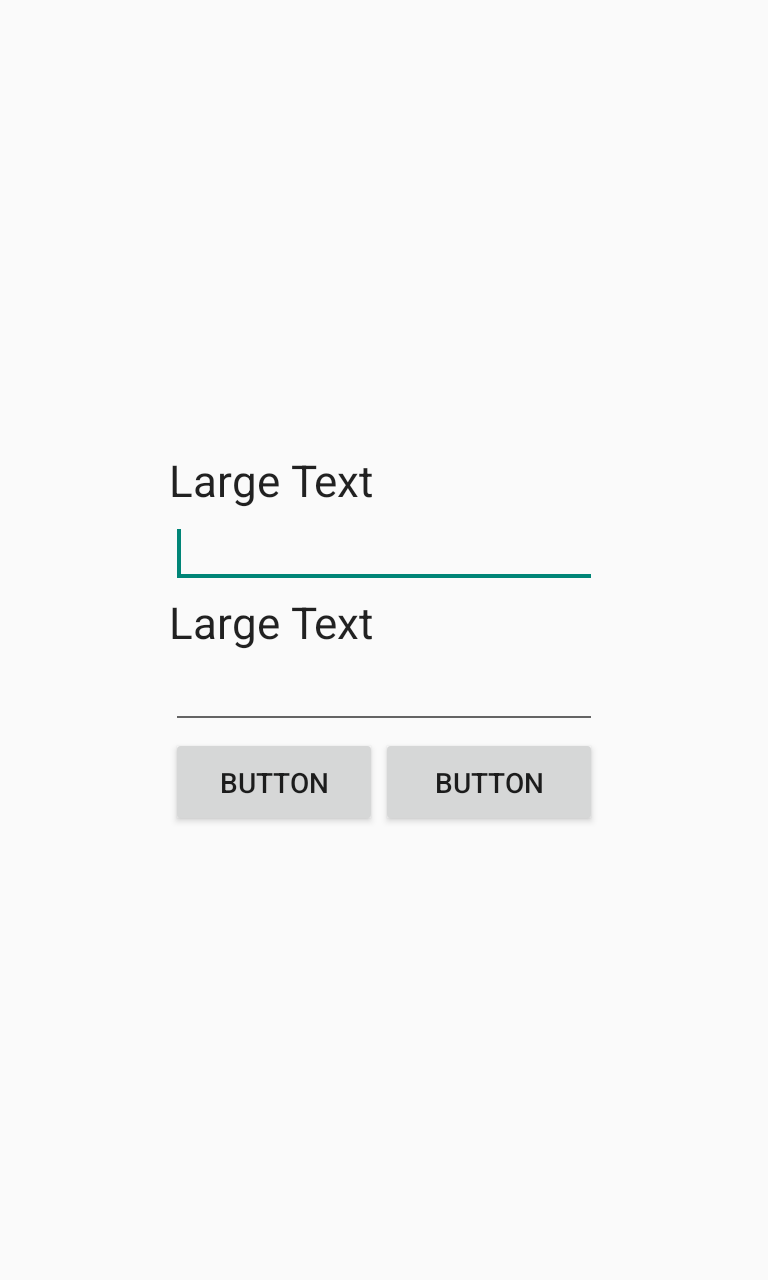
Repository: luizhenrique-dev/repositorio-mobile
Layout: ProjetoFinalMobile/UFGMemo/res/layout/activity_login.xml
An editor plug-in stored every save of this project. The layout is shown before and after the next save, followed by the edit.
It is drawn on a 768 x 1280 px phone screen (xhdpi) without system bars, with theme AppTheme; the app's code is not run.

Above is the layout before, as saved 2014-05-18 02:00:15.

After the next save:
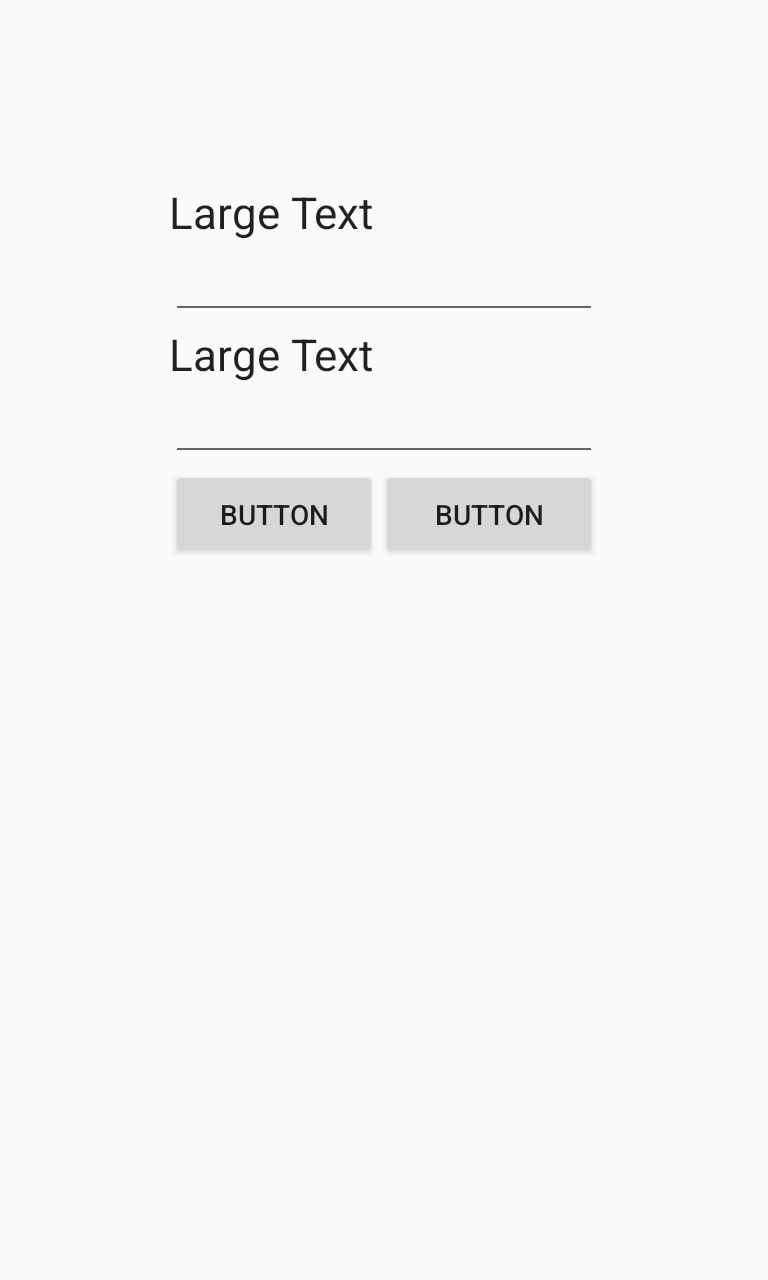
Saved 2 min 6 s later.
--- a/ProjetoFinalMobile/UFGMemo/res/layout/activity_login.xml
+++ b/ProjetoFinalMobile/UFGMemo/res/layout/activity_login.xml
@@ -4,13 +4,26 @@
     android:layout_width="match_parent"
     android:layout_height="match_parent"
     tools:context="br.ufg.inf.es.memo.LoginActivity"
-    tools:ignore="MergeRootFrame">
+    tools:ignore="MergeRootFrame" >
 
     <LinearLayout
+        android:id="@+id/linearLayout2"
         android:layout_width="wrap_content"
         android:layout_height="wrap_content"
+        android:layout_alignParentBottom="true"
+        android:layout_marginBottom="69dp"
+        android:layout_marginRight="16dp"
+        android:layout_toLeftOf="@+id/linearLayout1"
+        android:orientation="vertical" >
+    </LinearLayout>
+
+    <LinearLayout
+        android:id="@+id/linearLayout1"
+        android:layout_width="wrap_content"
+        android:layout_height="wrap_content"
+        android:layout_alignParentTop="true"
         android:layout_centerHorizontal="true"
-        android:layout_centerVertical="true"
+        android:layout_marginTop="91dp"
         android:orientation="vertical" >
 
         <TextView
@@ -23,10 +36,7 @@
         <EditText
             android:id="@+id/editText1"
             android:layout_width="215dp"
-            android:layout_height="wrap_content" >
-
-            <requestFocus />
-        </EditText>
+            android:layout_height="wrap_content" />
 
         <TextView
             android:id="@+id/textView2"
@@ -58,7 +68,6 @@
                 android:layout_height="wrap_content"
                 android:text="Button" />
         </LinearLayout>
-
     </LinearLayout>
 
 </RelativeLayout>
